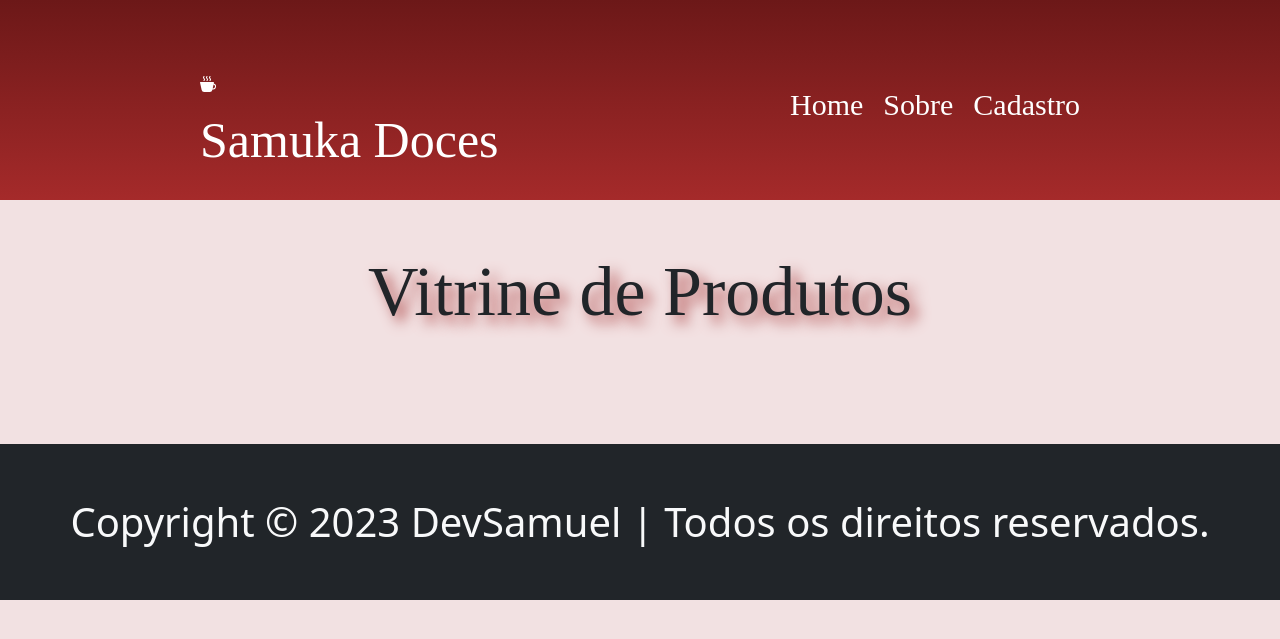
Repository: devsamuel23/github.io-doces_GIT
Page: /
These files come from the project's save history. The page is drawn as it stood at one moment and after the next save; the edit follows.
The browser window is 1280 px wide. The pictures show the whole page.
The page's requests for data from a server got no answer. The project was rebuilt for these pictures with package versions that can differ from the ones it lists, and the page was loaded fresh each time. No one was signed in, and anything a server would have sent is missing. Also part of the build but not shown: src/index.css, src/pages/Home/styles.css, src/pages/Home/index.js, src/pages/Sobre/index.js, src/pages/Cadastro/style.css, src/pages/Cadastro/index.js, src/pages/Erro/style.css, src/pages/Erro/index.js and 3 more.

Above is the page before, as saved 2023-04-14 21:00:18.

### public/index.html
<!DOCTYPE html>
<html lang="pt-br">
  <head>
    <meta charset="utf-8" />
    <link rel="icon" href="http://gg.gg/doceee" />
    <meta name="viewport" content="width=device-width, initial-scale=1" />


    <title>Samuka Doces</title>
  </head>
  <body>
    <noscript>You need to enable JavaScript to run this app.</noscript>
    <div id="root"></div>
  </body>
</html>

### src/index.js
import React from 'react';
import ReactDOM from 'react-dom/client';
import './index.css';
import App from './App';

const root = ReactDOM.createRoot(document.getElementById('root'));
root.render(

    <App />

);

### src/App.js
import RoutesApp from "./routes";


function App() {
  return (
          <RoutesApp />

  );
}

export default App;

### src/routes.js
import { BrowserRouter, Routes, Route } from "react-router-dom";

import Home from "./pages/Home";
import Sobre from "./pages/Sobre";
import Cadastro from "./pages/Cadastro";
import Erro from "./pages/Erro";
import Produto from "./pages/Produto";
import Vitrine from "./pages/Vitrine";
import Detalhes from "./pages/Detalhes";

import Header from "./components/Header";
import Footer from "./components/Footer";

function RoutesApp() {
  return (
    <BrowserRouter>
      <Header />

      <Routes>
        <Route>
          {/* <Route path="/" element={<Home />} /> */}
          <Route path="/Sobre" element={<Sobre />} />
          <Route path="/" element={<Vitrine />} />
          <Route path="/Cadastro" element={<Cadastro />} />
          <Route path="/Produto/:id" element={<Produto />} />
          <Route path="/Detalhes" element={<Detalhes />} />

          <Route path="*" element={<Erro />} />
        </Route>
      </Routes>
      <Footer/>
    </BrowserRouter>
  );
}

export default RoutesApp;

### src/pages/Vitrine/index.js
import React, { useEffect, useState } from "react";
import api from '../../services/api';
import './../Vitrine/style.css'
import { useNavigate } from "react-router-dom";


function Body (){

  const [produtos, setProdutos] = useState([]);
  useEffect(() => {
    api.get(`https://63069afec0d0f2b8011f9944.mockapi.io/produtos/`)
       .then((response) => {
         console.log(response);
         setProdutos(response.data.slice(78, 86))
      })
      .catch((err) => {
        console.error("ops! ocorreu um erro : " + err);
      });
  }, [ ]);

  const navigate = useNavigate();

  // function iniciar(productId) {
  //   navigate(`/produto/${productId}`);


  //   }

    function handleClick(event) {
      // Details button
      if (event.target.dataset.action === "details_btn") {
        const id = event.target.dataset.id;
        const produto = produtos.find((prod) => prod.id === id);
        navigate(`/produto/${produto.id}`)
      }
    }
    return(
      <>
        <div className="vit">
          <h1>Vitrine de Produtos</h1>


        <div className="container-vitrine">
          {produtos.map((produto) => (
          <span key={produto.id} className="item-vitrine">
            <img className="img-sombra" src={produto.imagem} alt={produto.nome} />
          </span>
        ))}
        </div>

        <div className="cards-vitrine">
        {produtos.map((produto) => (
        <div key={produto.id} className="card">
          <img className="image" src={produto.imagem} alt={produto.nome} />
          <h2>{produto.nome}</h2>
          <button className="myButton" data-id={produto.id} data-action="details_btn" onClick={handleClick}>
            Detalhes
          </button>
        </div>
        ))}
        </div>
        </div>
      </>
    );
  }

  export default Body;

### src/components/Header/index.js
import { Link } from "react-router-dom";
import "./style.css";
import "bootstrap/dist/css/bootstrap.min.css";

function Header() {
  return (
    <header>
        <div className="logo">
      <svg
        xmlns="http://www.w3.org/2000/svg"
        width="16"
        height="16"
        fill="currentColor"
        className="bi bi-cup-hot-fill"
        viewBox="0 0 16 16"
      >
        <path
          fillRule="evenodd"
          d="M.5 6a.5.5 0 0 0-.488.608l1.652 7.434A2.5 2.5 0 0 0 4.104 16h5.792a2.5 2.5 0 0 0 2.44-1.958l.131-.59a3 3 0 0 0 1.3-5.854l.221-.99A.5.5 0 0 0 13.5 6H.5ZM13 12.5a2.01 2.01 0 0 1-.316-.025l.867-3.898A2.001 2.001 0 0 1 13 12.5Z"
        />
        <path d="m4.4.8-.003.004-.014.019a4.167 4.167 0 0 0-.204.31 2.327 2.327 0 0 0-.141.267c-.026.06-.034.092-.037.103v.004a.593.593 0 0 0 .091.248c.075.133.178.272.308.445l.01.012c.118.158.26.347.37.543.112.2.22.455.22.745 0 .188-.065.368-.119.494a3.31 3.31 0 0 1-.202.388 5.444 5.444 0 0 1-.253.382l-.018.025-.005.008-.002.002A.5.5 0 0 1 3.6 4.2l.003-.004.014-.019a4.149 4.149 0 0 0 .204-.31 2.06 2.06 0 0 0 .141-.267c.026-.06.034-.092.037-.103a.593.593 0 0 0-.09-.252A4.334 4.334 0 0 0 3.6 2.8l-.01-.012a5.099 5.099 0 0 1-.37-.543A1.53 1.53 0 0 1 3 1.5c0-.188.065-.368.119-.494.059-.138.134-.274.202-.388a5.446 5.446 0 0 1 .253-.382l.025-.035A.5.5 0 0 1 4.4.8Zm3 0-.003.004-.014.019a4.167 4.167 0 0 0-.204.31 2.327 2.327 0 0 0-.141.267c-.026.06-.034.092-.037.103v.004a.593.593 0 0 0 .091.248c.075.133.178.272.308.445l.01.012c.118.158.26.347.37.543.112.2.22.455.22.745 0 .188-.065.368-.119.494a3.31 3.31 0 0 1-.202.388 5.444 5.444 0 0 1-.253.382l-.018.025-.005.008-.002.002A.5.5 0 0 1 6.6 4.2l.003-.004.014-.019a4.149 4.149 0 0 0 .204-.31 2.06 2.06 0 0 0 .141-.267c.026-.06.034-.092.037-.103a.593.593 0 0 0-.09-.252A4.334 4.334 0 0 0 6.6 2.8l-.01-.012a5.099 5.099 0 0 1-.37-.543A1.53 1.53 0 0 1 6 1.5c0-.188.065-.368.119-.494.059-.138.134-.274.202-.388a5.446 5.446 0 0 1 .253-.382l.025-.035A.5.5 0 0 1 7.4.8Zm3 0-.003.004-.014.019a4.077 4.077 0 0 0-.204.31 2.337 2.337 0 0 0-.141.267c-.026.06-.034.092-.037.103v.004a.593.593 0 0 0 .091.248c.075.133.178.272.308.445l.01.012c.118.158.26.347.37.543.112.2.22.455.22.745 0 .188-.065.368-.119.494a3.198 3.198 0 0 1-.202.388 5.385 5.385 0 0 1-.252.382l-.019.025-.005.008-.002.002A.5.5 0 0 1 9.6 4.2l.003-.004.014-.019a4.149 4.149 0 0 0 .204-.31 2.06 2.06 0 0 0 .141-.267c.026-.06.034-.092.037-.103a.593.593 0 0 0-.09-.252A4.334 4.334 0 0 0 9.6 2.8l-.01-.012a5.099 5.099 0 0 1-.37-.543A1.53 1.53 0 0 1 9 1.5c0-.188.065-.368.119-.494.059-.138.134-.274.202-.388a5.446 5.446 0 0 1 .253-.382l.025-.035A.5.5 0 0 1 10.4.8Z" />
      </svg>
      <h2 className="Slogan">Samuka Doces</h2>
      </div>

      <div className="menu">
        <Link to="/">Home</Link>
        <Link to="/Sobre">Sobre</Link>
        {/* <Link to="/Vitrine">Vitrine</Link> */}
        <Link to="/Cadastro">Cadastro</Link>

      </div>
    </header>
  );
}

export default Header;

### src/components/Footer/index.js
import "./style.css"
import "bootstrap/dist/css/bootstrap.min.css";

function Footer() {
  return (
    <div className="bg-dark text-light text-center p-5" >
        Copyright © 2023 DevSamuel | Todos os direitos reservados.
    </div>
  )
}

export default Footer;

### src/services/api.js
import axios from 'axios';

const api = axios.create({
    baseURL :'https://63069afec0d0f2b8011f9944.mockapi.io/produtos/'
});

export default api;

### src/pages/Vitrine/style.css
body {
    background-color: #f2e1e2;
}

.vit {
    padding: 50px 200px;
}

.vit h1 {
    text-align: center;
    font-size: 70px;
    font-family: alex brush;
    text-shadow: rgb(175, 76, 76) 0.1em 0.1em 0.2em;
}

.container-vitrine {
    display: grid;
    grid-template-columns: repeat(4, 20%);
    grid-auto-rows: 300px;
    justify-content: center;
    margin-top: 60px;
}

.item-vitrine{
    display: block;
    overflow: hidden;
    width: 250px;
    height: 250px;
    border-width: 20px;
    border-style: solid;
    border-image: linear-gradient(0deg, #c05080, #bc827b) 1;
}

.item-vitrine img{
    width: 100%;
    height: 100%;
    object-fit: cover;
}
.img-sombra {
    box-shadow: 7px 7px 13px 10px rgba(20, 30, 40, 0.22);
}

.cards-vitrine{
    display: flex;
    flex-wrap: wrap;
}

.card {
    border-radius: 5px;
    box-shadow: 7px 7px 13px 0px rgb(170, 52, 52);
    padding: 30px;
    margin: 20px;
    width: 400px;
    transition: all 0.3s ease-out;
    justify-content: space-around;
}
.image{
    max-height: 250px;
    border-radius: 50%;
}
.card h2{
    font-weight: bold;
   text-align: center;
   padding: 30px 0;

}

.myButton {
	box-shadow: 3px 4px 0px 0px #899599;
	background:linear-gradient(to bottom, #ededed 5%, #bab1ba 100%);
	background-color:#ededed;
	border-radius:15px;
	border:1px solid #d6bcd6;
	display:inline-block;
	cursor:pointer;
	color:#3a8a9e;
	font-family:Arial;
	font-size:20px;
	padding:7px 25px;
	text-decoration:none;
	text-shadow:0px 1px 0px #e1e2ed;
}
.myButton:hover {
	background:linear-gradient(to bottom, #bab1ba 5%, #ededed 100%);
	background-color:#bab1ba;
}
.myButton:active {
	position:relative;
	top:1px;
}

### src/components/Header/style.css
* {
  margin: 0;
  padding: 0;
  box-sizing: border-box;
}

div .logo{
  width: 100%;
  height: 100px;
}
.Slogan{
    font-family: alex brush;
    font-size: 50px;
    width: auto;
    height: 100%;
    color: #FFF;
}
header{
  width: 100%;
  height: auto;
  background: rgb(165,42,42);
  background: linear-gradient(0deg, rgba(165,42,42,1) 0%, rgba(108,24,24,1) 100%);
  color: #FFF;

  display: flex;
  align-items: center;
  justify-content: space-between;
  padding: 50px 200px ;
}

header a{
  color: #FFF;
  font-size: 30px;
  font-family: alex brush;
  text-decoration: none;
}

header a + a{
  margin-left: 20px;
}

header a:hover{
  text-decoration: underline;
  color: #f2e1e2;
}

### src/components/Footer/style.css
div {
    font-size: 40px;
}

After the next save:
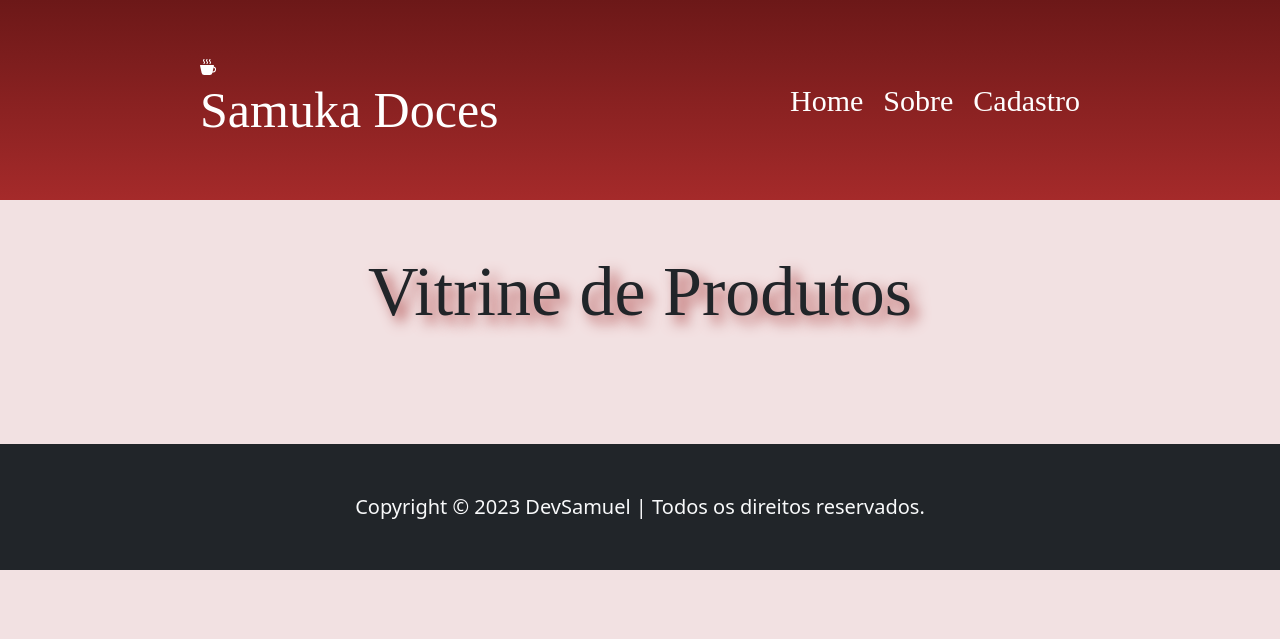
Saved 8 s later.
--- a/src/components/Footer/style.css
+++ b/src/components/Footer/style.css
@@ -1,3 +1,3 @@
 div {
-    font-size: 40px;
+    font-size: 20px;
 }
